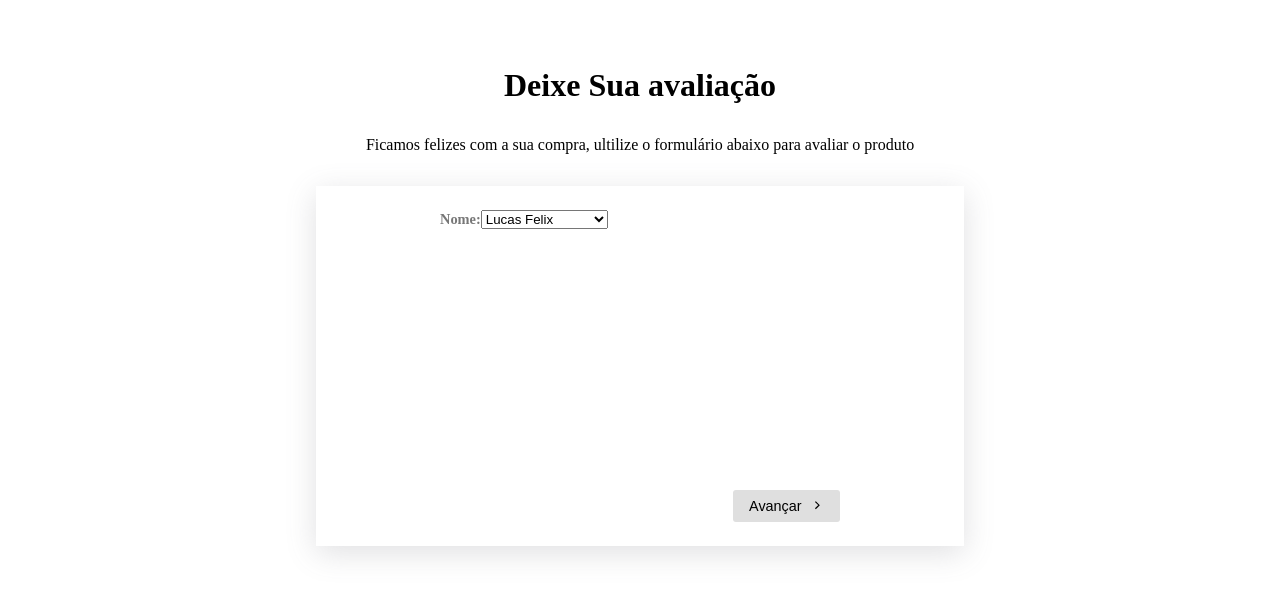
Repository: pheonix5/formulario_stap
Page: /
An editor plug-in stored every save of this project. The page is shown before and after the next save, followed by the edit.
The browser window is 1280 px wide. The pictures show the whole page.
The project was rebuilt for these pictures with package versions that can differ from the ones it lists, and the page was loaded fresh each time. Also part of the build but not shown: vite.config.js, src/components/ReviewForm.css, src/components/ReviewForm.tsx, src/components/Thanks.css, src/components/Thanks.tsx.

Above is the page before, as saved 2023-05-24 21:34:20.

### index.html
<!DOCTYPE html>
<html lang="en">
  <head>
    <meta charset="UTF-8" />
    <link rel="icon" type="image/svg+xml" href="/vite.svg" />
    <meta name="viewport" content="width=device-width, initial-scale=1.0" />
    <title>Multistep com React</title>
    <link rel="preconnect" href="https://fonts.googleapis.com">
    <link rel="preconnect" href="https://fonts.gstatic.com" crossorigin>
    <link href="https://fonts.googleapis.com/css2?family=Barlow:ital,wght@0,100;0,200;0,300;0,400;0,500;0,600;0,700;0,800;0,900;1,100;1,200;1,300;1,400;1,500;1,600;1,700;1,800;1,900&display=swap" rel="stylesheet">
  </head>
  <body>
    <div id="root"></div>
    <script type="module" src="/src/main.jsx"></script>
  </body>
</html>

### src/main.jsx
import React from 'react'
import ReactDOM from 'react-dom/client'
import { router } from './App'

import { RouterProvider } from 'react-router-dom'

ReactDOM.createRoot(document.getElementById('root')).render(
  <React.StrictMode>
    <RouterProvider router={router}/>
  </React.StrictMode>,
)

### src/App.jsx

import { createBrowserRouter } from 'react-router-dom'

import Formulario from './pages/Formulario'

const router = createBrowserRouter([
  {
    path: '/',
    element: <Formulario/>
  }
])

export { router };

### src/pages/Formulario/index.tsx
/* eslint-disable react/jsx-key */
/* eslint-disable no-unused-vars */
// Components
import React, { useState } from 'react';

import {GrFormNext, GrFormPrevious} from 'react-icons/gr';
import { FiSend } from 'react-icons/fi';
import UserForm from '../../components/UserForm';
import ReviewForm from '../../components/ReviewForm';
import Thanks from '../../components/Thanks';

// Hooks
import { useForm } from '../../hooks/useForm'
import './style.css'

const formTemplate ={
  name: "",
  email: "",
  review: "",
  comment: "",
}


export default function Formulario() {
  const [data, setData] = useState(formTemplate);

  const updateFieldHandler = (key, value) => {
    setData((prev) => {
      return {...prev, [key]: value};
    })
  }

  const formComponents = [
    <UserForm data={data} updateFieldHandler={updateFieldHandler}/>,
    <ReviewForm data={data} updateFieldHandler/>,
    <Thanks data={data}/>
  ];

  const { currentStep, currentComponent, changeStep, isLastStep, isFirstStep } = useForm(formComponents);

  return (
   <div className='app'>

    <div className="header">
      <h2>Deixe Sua avaliação</h2>
      <p>Ficamos felizes com a sua compra, ultilize o formulário abaixo para avaliar o produto</p>
    </div>

    <div className="form-container">
      <form onSubmit={(e) => changeStep(currentStep + 1, e)}>
        <div className="inputs-container">{currentComponent}</div>
        <div className="actions">

          {!isFirstStep && (
            <button type='button' onClick={() => changeStep(currentStep -1 )}>
              <GrFormPrevious/>
              <span>Voltar</span>
          </button>
          )}

          {!isLastStep ? (
            <button type='submit'>
              <span>Avançar</span>
              <GrFormNext/>
            </button>
          ) : (
            <button type='button'>
            <span>Enviar</span>
            <FiSend/>
          </button>
          )}

        </div>
      </form>
    </div>

   </div>
  )
}

### src/components/UserForm.tsx
import React from "react";
import './Userform.css'

const UserForm = ({ data, updateFieldHandler }) =>{
  return (
    <div>
      <div className="select">
        <label htmlFor="">Nome:</label>
        <select
          name="text"
          id="name"
          onChange={(e) => updateFieldHandler('name', e.target.value)}
        >

          <option  value={data.name || "Lucas"}>Lucas Felix</option>
          <option  value={data.name || "Camila"}>Camila Vitoria</option>
          <option  value={data.name || "Amanda"}>Amanda Caroline</option>
          <option  value={data.name || "Ronara"}>Ronara Fernanda</option>
        </select>
      </div>

    </div>
  )
}

export default UserForm;

### src/hooks/useForm.jsx
/* eslint-disable no-unused-vars */
import { useState } from "react";

export function useForm(steps){
  const [currentStep, setCurrentStep] = useState(0)

  function changeStep(i, e){
    if(e) e.preventDefault();

    if(i < 0 || i >= steps.length) return;

    setCurrentStep(i)
  }

  return{
    currentStep,
    currentComponent: steps[currentStep],
    changeStep,
    isLastStep: currentStep +1 === steps.length ? true : false,
    isFirstStep: currentStep === 0 ? true : false,
  }
}

### src/pages/Formulario/style.css
.app{
  padding: 2rem;
}

/* Cabeçalho*/
.header{
  text-align: center;
  margin-bottom: 2rem;
}

.header h2{
  font-size: 2rem;
  margin-bottom: 2rem;
}

/* Forms  */
.form-container{
  max-width: 600px;
  margin: 0 auto;
  background-color: #FFF;
  padding: 1.5rem;
  box-shadow: rgba(100, 100, 111, 0.2) 0px 7px 29px 0px;
}

.form-container form{
  max-width: 400px;
  margin: 0 auto;
}

.inputs-container{
  min-height: 280px;
}

.form-control {
  display: flex;
  flex-direction: column;
  gap: 0.6rem;
  margin-bottom: 2rem;
}

label{
  font-weight: bold;
  color: #777;
  font-size: 0.9rem;
}

input,
textarea{
  padding: .6rem;
  border: none;
  border-radius: 3px;
  box-shadow: rgba(99, 99, 99, 0.2) 0px 2px 8px 0;
}

textarea{
  height: 120px;
}

/* Actions */
.actions{
  display: flex;
  justify-content: flex-end;
  gap: 1rem;
}

.actions button{
  font-size: .9rem;
  padding: .5rem 1rem;
  display: flex;
  gap: 0.5rem;
  align-items: center;
  border-radius: 3px;
  background-color: #DFDFDF;
  cursor: pointer;
  border: none;
  transition: 0.3s;
}

.actions button:hover{
  background-color: #CFCFCF;
}

### src/components/UserForm.css
.select{
  width: 90%;
}

After the next save:
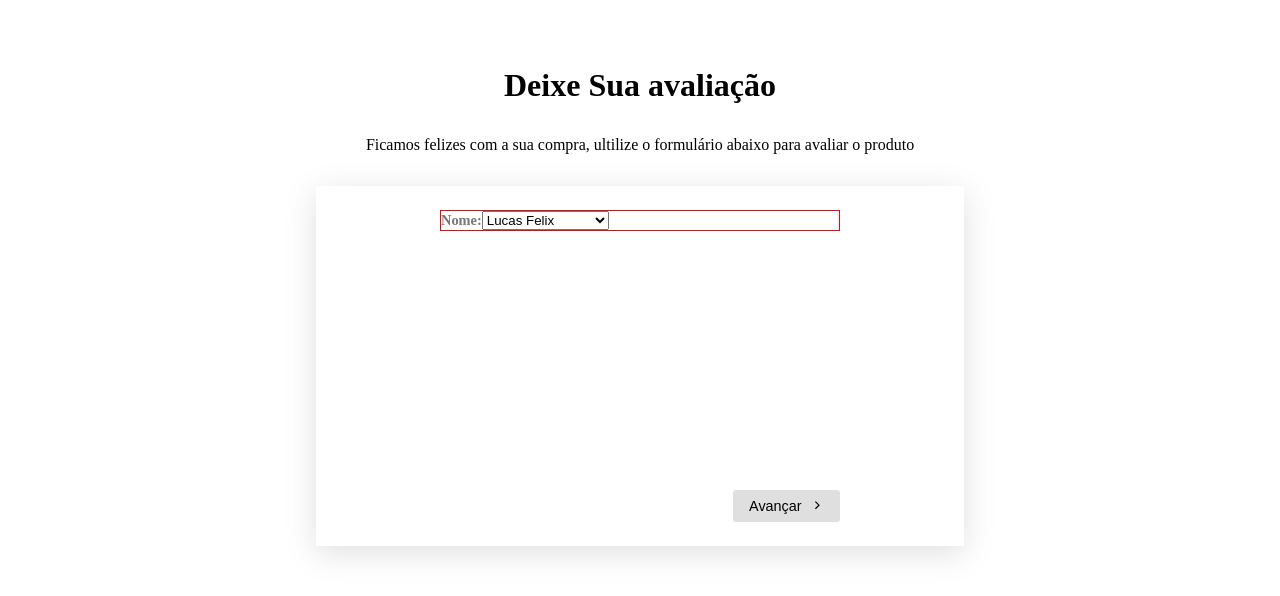
Saved 17 s later.
--- a/src/components/UserForm.css
+++ b/src/components/UserForm.css
@@ -1,3 +1,3 @@
 .select{
-  width: 90%;
+  border: 1px solid red;
 }
